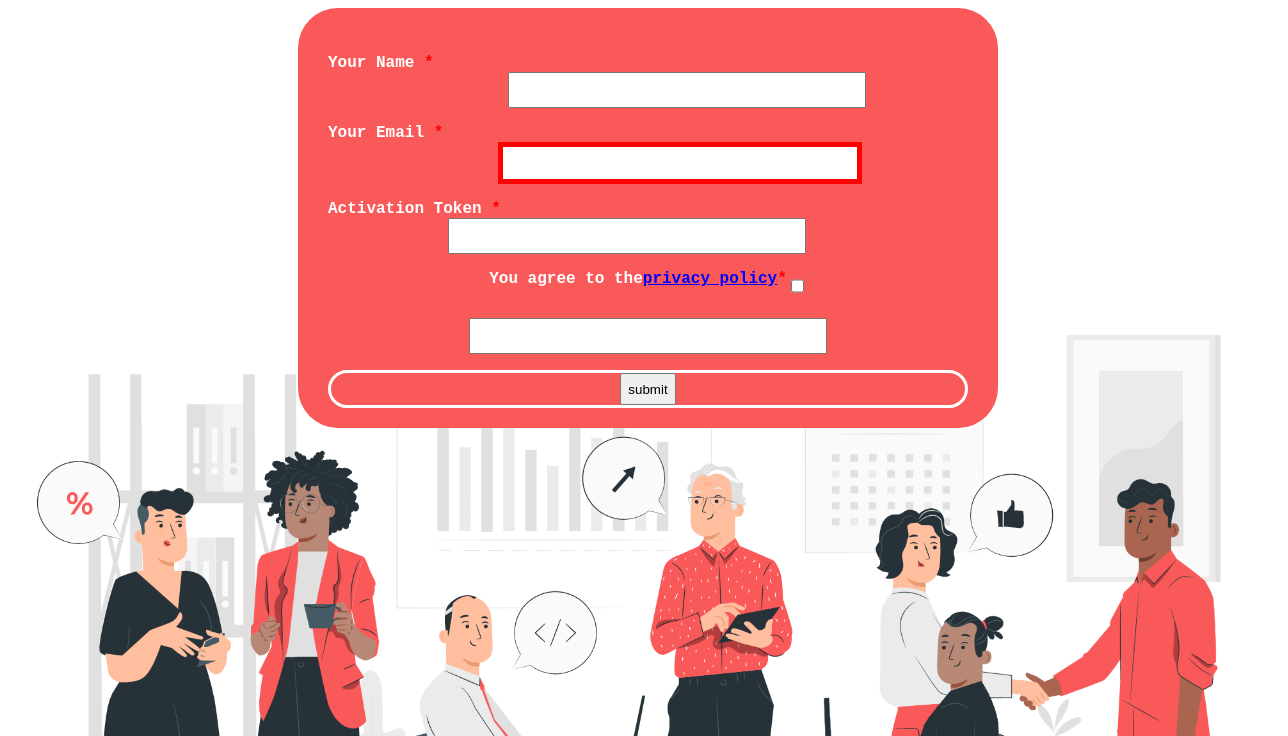
Repository: Rachael4life/Assignment-1
Page: starter-code/src/index.html
The author's editor kept a copy of each file at every save. The page is drawn from the files as they stood at one save, then again after a run of saves.
The browser window is 1280 px wide. The page is 1288 px wide, so the pictures cover 1288 px, including what lies to the right of the window. The pictures show the whole page.

Above is the page before, as saved 2022-02-28 06:23:18.

After the next 2 saves:
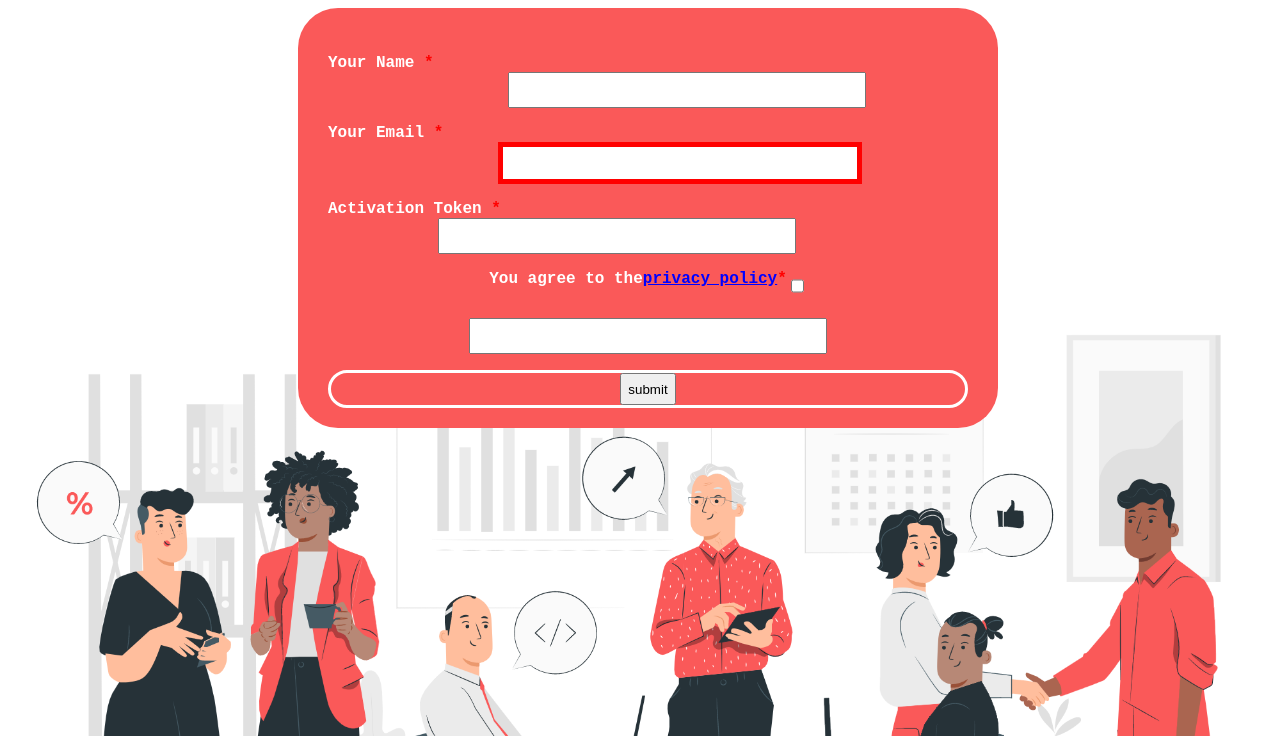
The 2 saves are shown as one change because they came seconds apart.
The last was saved 10 s later.
--- a/starter-code/src/style.css
+++ b/starter-code/src/style.css
@@ -28,7 +28,7 @@ form {
     width: 350px;
 }
 #password {
-    margin-left: 120px;
+    margin-left: 110px;
     height: 30px;
     width: 350px;
 }
